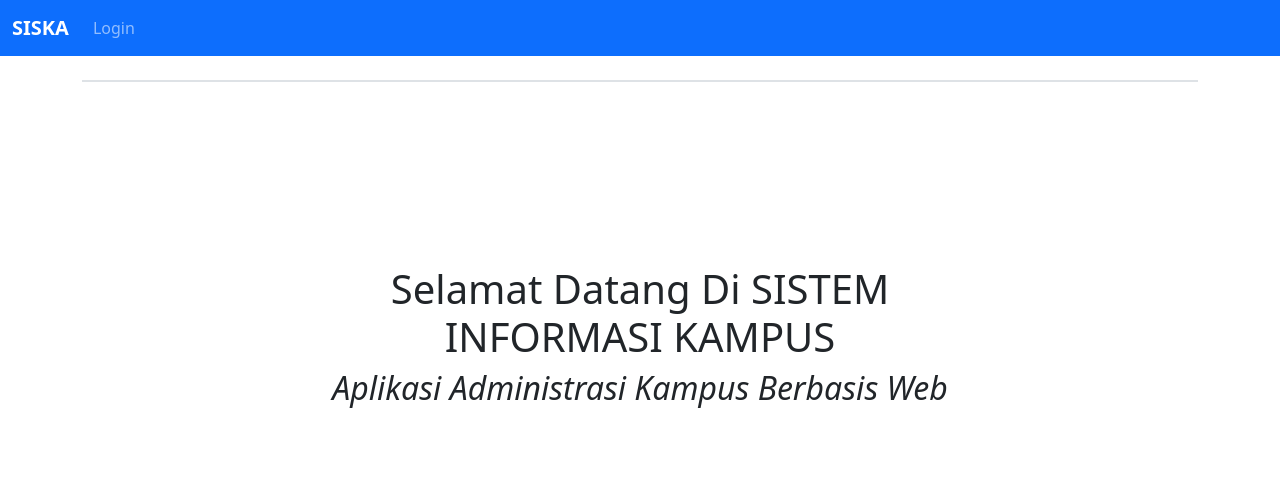
Repository: WiraAtma/administrasi-kampus
Page: http://localhost/
An editor plug-in stored every save of this project. The page is shown before and after a run of saves, followed by the edit.
The browser window is 1280 px wide. The pictures show the whole page.
The page is served by the project's Laravel application, run on PHP 8.4 with Laravel 12.

Above is the page before, as saved 2024-10-25 15:27:24.

After the next 5 saves:
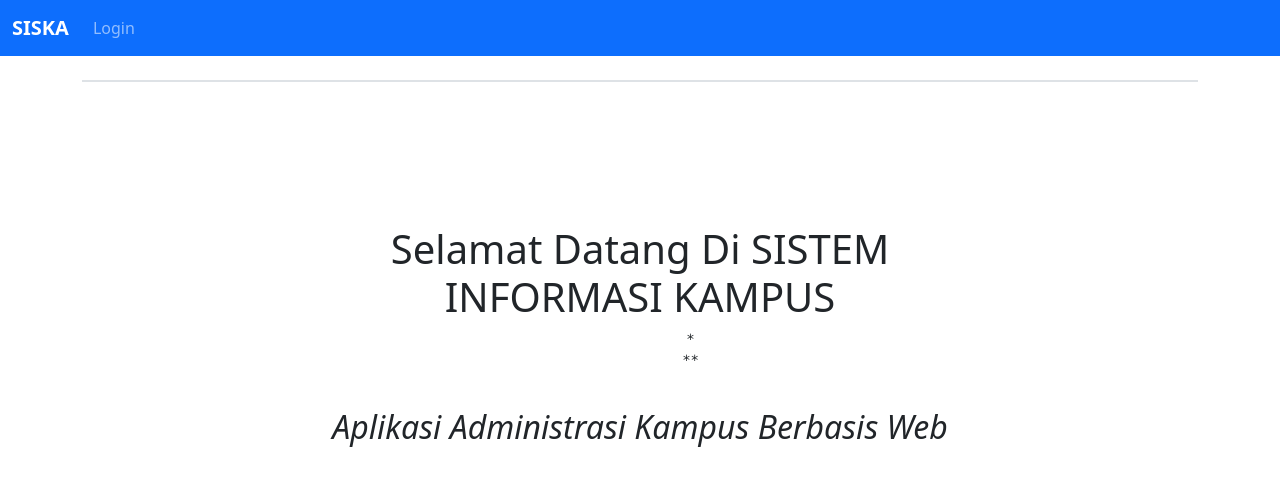
The 5 saves are shown as one change because they came seconds apart.
The last was saved 29 s later.
--- a/resources/views/home.blade.php
+++ b/resources/views/home.blade.php
@@ -6,6 +6,10 @@
 <div class="container d-flex border">
     <div class="wrapper position-absolute top-50 start-50 translate-middle text-center">
         <h1>Selamat Datang Di SISTEM INFORMASI KAMPUS</h1>
+        <pre>
+            *
+            **
+        </pre>
         <h2><i>Aplikasi Administrasi Kampus Berbasis Web</i></h2>
         <div class="mt-5">
         @if(auth()->check() && auth()->user()->name != '')

After the 2 saves that followed:
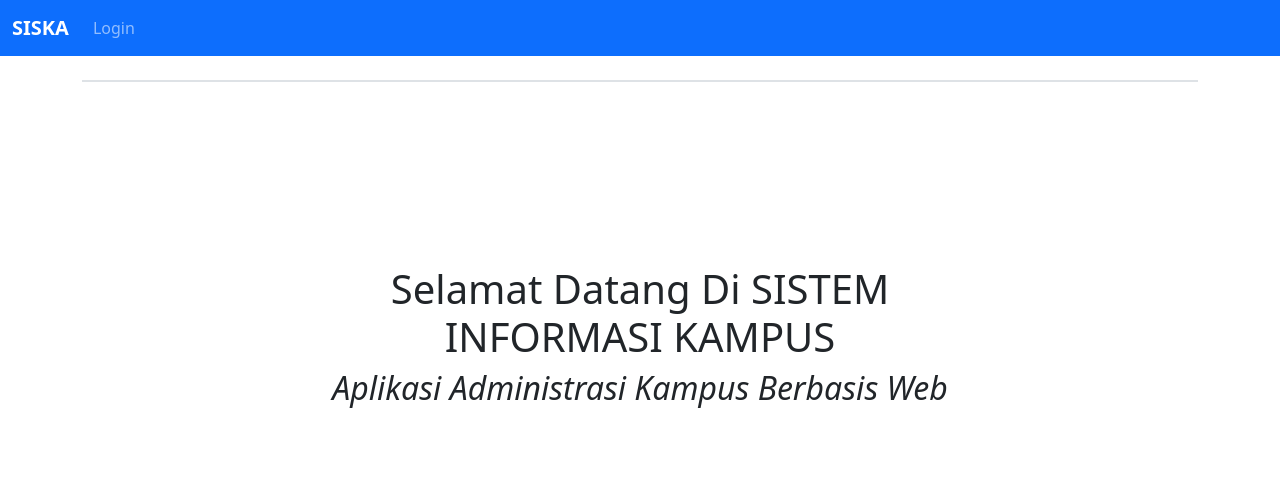
The 2 saves are shown as one change because they came seconds apart.
The last was saved 8 s later.
--- a/resources/views/home.blade.php
+++ b/resources/views/home.blade.php
@@ -6,10 +6,6 @@
 <div class="container d-flex border">
     <div class="wrapper position-absolute top-50 start-50 translate-middle text-center">
         <h1>Selamat Datang Di SISTEM INFORMASI KAMPUS</h1>
-        <pre>
-            *
-            **
-        </pre>
         <h2><i>Aplikasi Administrasi Kampus Berbasis Web</i></h2>
         <div class="mt-5">
         @if(auth()->check() && auth()->user()->name != '')
